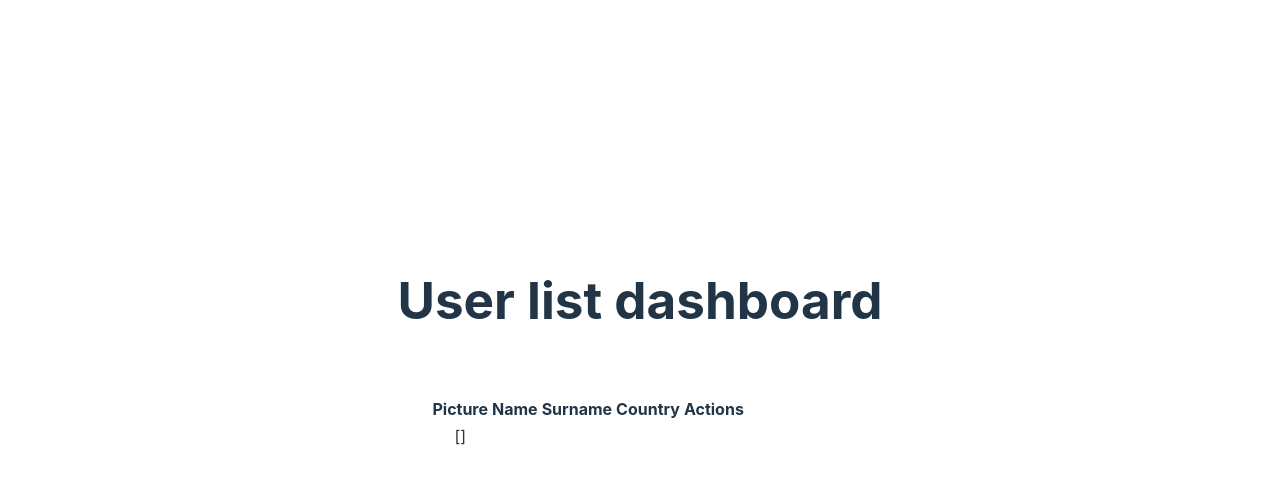
Repository: atzin-escandia/react-typescript-users-dashboard
Page: /
The author's editor kept a copy of each file at every save. The page is drawn from the files as they stood at one save, then again after the next save.
The browser window is 1280 px wide. The pictures show the whole page.
The page's requests for data from a server got no answer. The project was rebuilt for these pictures with package versions that can differ from the ones it lists, and the page was loaded fresh each time. No one was signed in, and anything a server would have sent is missing. Also part of the build but not shown: vite.config.ts.

Above is the page before, as saved 2023-10-08 21:42:45.

### src/App.tsx
import { useEffect, useState } from "react";
import "./App.css";
import UsersList from "./components/UsersList";

const API_URL = "https://randomuser.me/api/?results=10";
function App() {
  const [users, setUsers] = useState([]);

  useEffect(() => {
    fetch(API_URL)
      .then((res) => res.json())
      .then((res) => setUsers(res.results));
  }, []);

  return (
    <>
      <h1>User list dashboard</h1>
      <section className="card">
        {users && <UsersList allUsers={users}></UsersList>}
      </section>
    </>
  );
}

export default App;

### src/components/UsersList.tsx
import { useState } from "react";
import { User } from "../types";

const UsersList = ({ allUsers }) => {
  const [users, setUsers] = useState(allUsers);

  const TABLE_HEADER = ["Picture", "Name", "Surname", "Country", "Actions"];

  const UserRow = ({ user: { picture, name, location } }) => {
    console.log(user);

    return (
      <tr>
        <td>{<img src={picture.thumbnail} alt="Thumbnail user" />}</td>
        <td>{name.first}</td>
        <td>{name.last}</td>
        <td>{location.country}</td>
        <td></td>
      </tr>
    );
  };

  return (
    <div>
      <table>
        <thead>
          <tr>
            {TABLE_HEADER.map((title: string, index: number) => (
              <th key={index}>{title}</th>
            ))}
          </tr>
        </thead>
        <tbody>{JSON.stringify(allUsers)}</tbody>
      </table>
    </div>
  );
};

export default UsersList;

Loaded but not shown: index.html (common file); src/main.tsx (common file); src/index.css (common file); src/App.css (common file)

After the next save:
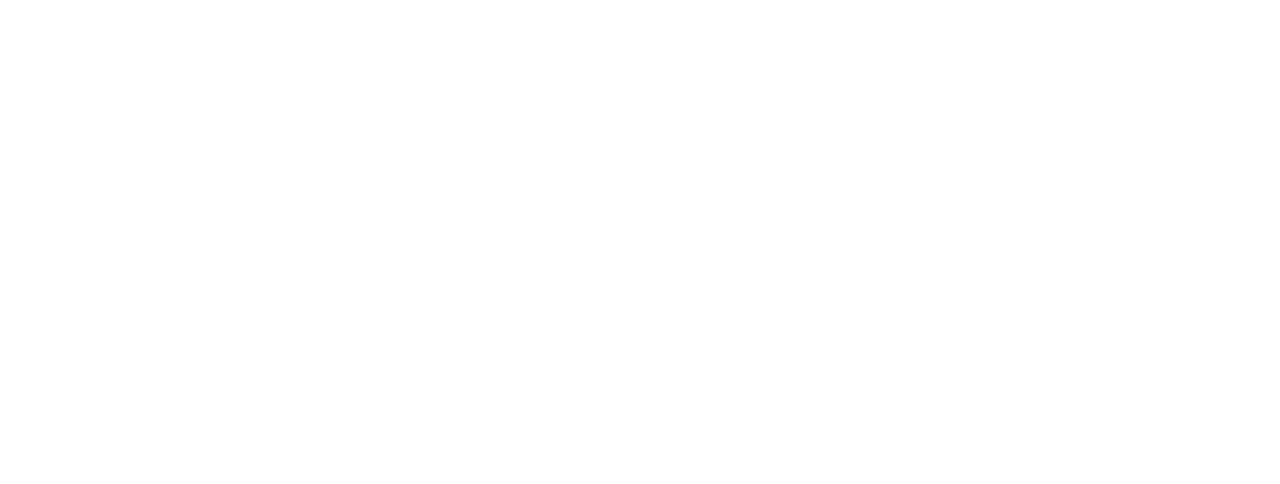
Console error: ReferenceError: allUsers is not defined
Saved 16 s later.
--- a/src/components/UsersList.tsx
+++ b/src/components/UsersList.tsx
@@ -1,9 +1,7 @@
 import { useState } from "react";
 import { User } from "../types";
 
-const UsersList = ({ allUsers }) => {
-  const [users, setUsers] = useState(allUsers);
-
+const UsersList = ({ users }) => {
   const TABLE_HEADER = ["Picture", "Name", "Surname", "Country", "Actions"];
 
   const UserRow = ({ user: { picture, name, location } }) => {

After the save that followed:
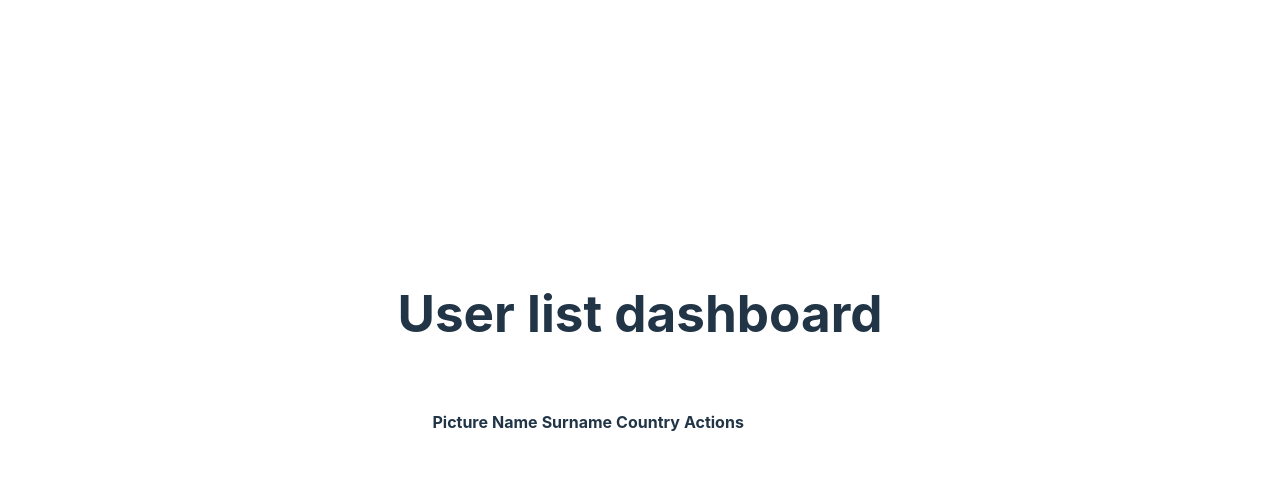
The error is gone.
Saved 8 s later.
--- a/src/components/UsersList.tsx
+++ b/src/components/UsersList.tsx
@@ -28,7 +28,7 @@
             ))}
           </tr>
         </thead>
-        <tbody>{JSON.stringify(allUsers)}</tbody>
+        <tbody>{JSON.stringify(users)}</tbody>
       </table>
     </div>
   );
